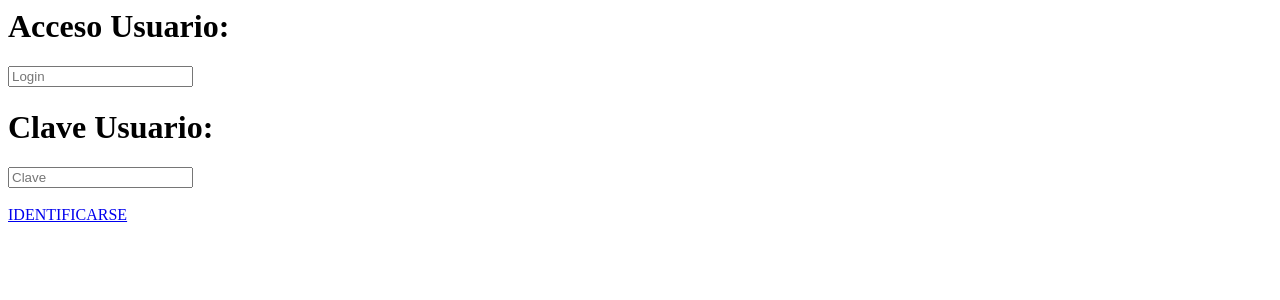
Repository: gamesrol/smartLament
Page: Cliente/partials/login.html
The author's editor kept a record of every edit. The page is drawn from the files as they stood at one moment, then again after the next edit.
The browser window is 1280 px wide. The pictures show the whole page.

Above is the page before.

After the next edit:
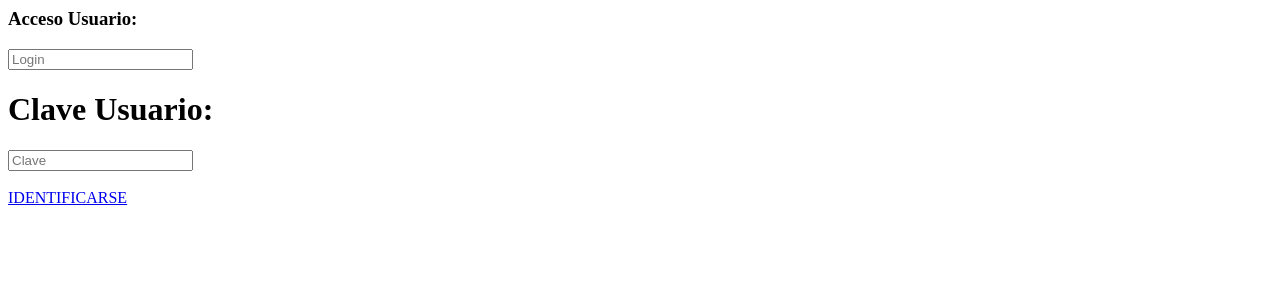
The edit:
--- a/Cliente/partials/login.html
+++ b/Cliente/partials/login.html
@@ -1,5 +1,5 @@
 <div class=contenedorLogin>
-    <h1>Acceso Usuario:</h1>
+    <h3>Acceso Usuario:</h1>
     <input type="text" class="LoginTxt" placeholder="Login"/>
     <h1>Clave Usuario:</h1>
     <input type="text" class="LoginTxt" placeholder="Clave"/>
